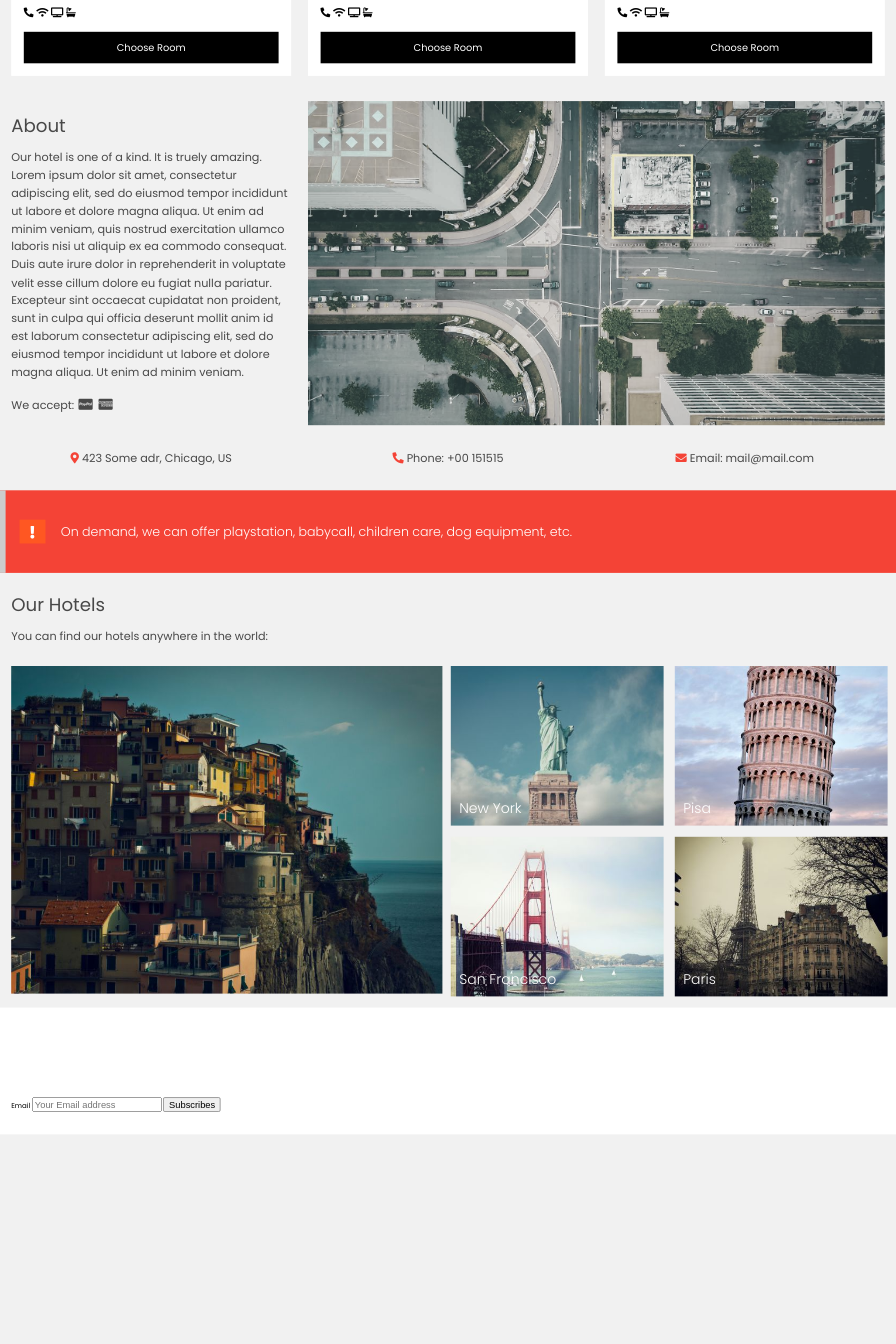
Repository: phamhuuloc/Travel_Template
Page: index.html
These files come from the project's save history. The page is drawn as it stood at one moment and after the next save; the edit follows.
The browser window is 1280 px wide. The pictures show the part of the page from y = 1409 to 3329 px (the page is 3329 px tall), at 70% of full size.
The style sheet was rebuilt from its Sass, Less or Tailwind sources for each picture, by a compiler version that may differ from the author's.

Above is the page before, as saved 2021-09-18 15:57:26.

### index.html
<!DOCTYPE html>
<html lang="en">
  <head>
    <meta charset="UTF-8" />
    <meta http-equiv="X-UA-Compatible" content="IE=edge" />
    <meta name="viewport" content="width=device-width, initial-scale=1.0" />
    <title>Document</title>
    <!-- FONT AWESOME -->
    <link
      rel="stylesheet"
      href="https://cdnjs.cloudflare.com/ajax/libs/font-awesome/5.15.4/css/all.min.css"
      integrity="sha512-1ycn6IcaQQ40/MKBW2W4Rhis/DbILU74C1vSrLJxCq57o941Ym01SwNsOMqvEBFlcgUa6xLiPY/NS5R+E6ztJQ=="
      crossorigin="anonymous"
      referrerpolicy="no-referrer"
    />
    <!-- GOOGLE FONT -->
    <link
      href="https://fonts.googleapis.com/css2?family=Poppins:wght@50;300;400&display=swap"
      rel="stylesheet"
    />
    <!-- CSS -->
    <link rel="stylesheet" href="./assets/resets.css" />
    <link rel="stylesheet" href="./assets/grid.css" />
    <link rel="stylesheet" href="./assets/main.css" />
  </head>
  <body>
    <div class="grids">
      <header class="header">
        <div class="logo">
          <i class="fas fa-bed logo__icon"></i>
          Logo
        </div>
        <div class="header__menu">
          <ul class="header__menu-list">
            <li class="header__menu-item">Rooms</li>
            <li class="header__menu-item">About</li>
            <li class="header__menu-item">Contact</li>
          </ul>
          <button class="btn book-btn">Book Nows</button>
        </div>
      </header>
      <section class="intro">
        <img src="./assets/img/hotel.jpg" alt="" class="intro__img" />
        <form class="form-login">
          <div class="form-login__heading">
            <i class="fas fa-bed logo__icon intro-icon"></i>
            <h2 class="form-login__name">Hotel name</h2>
          </div>
          <div class="form-container">
            <div class="row">
              <div class="form__item col l-6">
                <label class="form__item-category">
                  <i class="far fa-calendar form__item-icon"></i>
                  Check Ins
                </label>
                <input
                  type="text"
                  class="form__item-input"
                  placeholder="DD MM YY"
                />
              </div>
              <div class="form__item col l-6">
                <label class="form__item-category">
                  <i class="far fa-calendar form__item-icon"></i>
                  Check Out
                </label>
                <input
                  type="text"
                  class="form__item-input"
                  placeholder="DD MM YY"
                />
              </div>
            </div>
            <div class="row">
              <div class="form__item col l-6">
                <label class="form__item-category">
                  <i class="fas fa-male form__item-icon"></i>
                  Adults
                </label>
                <input
                  type="number"
                  value="1"
                  min="1"
                  max="6"
                  class="form__item-input"
                />
              </div>
              <div class="form__item col l-6">
                <label class="form__item-category">
                  <i class="fas fa-child form__item-icon"></i>
                  Kids
                </label>
                <input
                  type="number"
                  value="0"
                  min="0"
                  max="6"
                  class="form__item-input"
                />
              </div>
            </div>
            <button class="search-btn">
              <i class="fas fa-search search-icon"></i>Search availability
            </button>
          </div>
        </form>
      </section>

      <section class="option-room">
        <div class="option-container">
          <h3 class="option-container__title">Rooms</h3>
          <span class="option-container__desc"
            >Make yourself at home is our slogan. We offer the best beds in the
            industry. Sleep well and rest well.</span
          >
          <!-- FORM LOGIN  -->
          <div class="form-container option-container__form">
            <div class="row">
              <div class="form__item col l-3">
                <label class="form__item-category">
                  <i class="far fa-calendar form__item-icon"></i>
                  Check Ins
                </label>
                <input
                  type="text"
                  class="form__item-input"
                  placeholder="DD MM YY"
                />
              </div>
              <div class="form__item col l-3">
                <label class="form__item-category">
                  <i class="far fa-calendar form__item-icon"></i>
                  Check Out
                </label>
                <input
                  type="text"
                  class="form__item-input"
                  placeholder="DD MM YY"
                />
              </div>
              <div class="form__item col l-2">
                <label class="form__item-category">
                  <i class="fas fa-male form__item-icon"></i>
                  Adults
                </label>
                <input
                  type="number"
                  value="1"
                  min="1"
                  max="6"
                  class="form__item-input"
                />
              </div>
              <div class="form__item col l-2">
                <label class="form__item-category">
                  <i class="fas fa-child form__item-icon"></i>
                  Kids
                </label>
                <input
                  type="number"
                  value="0"
                  min="0"
                  max="6"
                  class="form__item-input"
                />
              </div>
              <!-- BUTTON F0RM LOGIN -->
              <div class="form__item col l-2">
                <label class="form__item-category">
                  <i class="fas fa-search"></i> Search</label
                >
                <button class="search-btn search-btn--full">Search</button>
              </div>
            </div>
          </div>
          <div class="category-room">
            <ul class="category-room__list row">
              <li class="category-room__item col l-4">
                <img
                  src="./assets/img/room_single.jpg"
                  alt=""
                  class="category-room__img"
                />
                <div class="category-room__details">
                  <h3 class="category-room__title">Single Room</h3>
                  <span class="category-room__price">From $99</span>
                  <span class="category-room__charac">Single bed</span>
                  <span class="category-room__area">15m<sup>2</sup></span>
                  <span class="category-room__function">
                    <i class="fas fa-phone-alt"></i>
                    <i class="fas fa-wifi"></i>
                    <i class="fas fa-tv"></i>
                    <i class="fas fa-bath"></i>
                  </span>
                  <button class="btn btn-choose">Choose Room</button>
                </div>
              </li>
              <li class="category-room__item col l-4">
                <img
                  src="./assets/img/room_double.jpg"
                  alt=""
                  class="category-room__img"
                />
                <div class="category-room__details">
                  <h3 class="category-room__title">Double Room</h3>
                  <span class="category-room__price">From $99</span>
                  <span class="category-room__charac">Single bed</span>
                  <span class="category-room__area">25m<sup>2</sup></span>
                  <span class="category-room__function">
                    <i class="fas fa-phone-alt"></i>
                    <i class="fas fa-wifi"></i>
                    <i class="fas fa-tv"></i>
                    <i class="fas fa-bath"></i>
                  </span>
                  <button class="btn btn-choose">Choose Room</button>
                </div>
              </li>
              <li class="category-room__item col l-4">
                <img
                  src="./assets/img/room_deluxe.jpg"
                  alt=""
                  class="category-room__img"
                />
                <div class="category-room__details">
                  <h3 class="category-room__title">Deluxe Room</h3>
                  <span class="category-room__price">From $99</span>
                  <span class="category-room__charac">Single bed</span>
                  <span class="category-room__area">40m<sup>2</sup></span>
                  <span class="category-room__function">
                    <i class="fas fa-phone-alt"></i>
                    <i class="fas fa-wifi"></i>
                    <i class="fas fa-tv"></i>
                    <i class="fas fa-bath"></i>
                  </span>
                  <button class="btn btn-choose">Choose Room</button>
                </div>
              </li>
            </ul>
          </div>
        </div>
      </section>
      <section class="local">
        <div class="row">
          <div class="local__container col l-4">
            <h4 class="local__title">About</h4>
            <p class="local__detail">
              Our hotel is one of a kind. It is truely amazing. Lorem ipsum
              dolor sit amet, consectetur adipiscing elit, sed do eiusmod tempor
              incididunt ut labore et dolore magna aliqua. Ut enim ad minim
              veniam, quis nostrud exercitation ullamco laboris nisi ut aliquip
              ex ea commodo consequat. Duis aute irure dolor in reprehenderit in
              voluptate velit esse cillum dolore eu fugiat nulla pariatur.
              Excepteur sint occaecat cupidatat non proident, sunt in culpa qui
              officia deserunt mollit anim id est laborum consectetur adipiscing
              elit, sed do eiusmod tempor incididunt ut labore et dolore magna
              aliqua. Ut enim ad minim veniam.
            </p>
            <p class="local__payment-methods">
              We accept:
              <i class="fab fa-cc-paypal local__payment-icon"></i>
              <i class="fab fa-cc-amex local__payment-icon"></i>
            </p>
          </div>
          <img src="./assets/img/map.jpg" alt="" class="col l-8 local__img" />
        </div>
        <div class="local__contact row">
          <div class="local__contact-item col l-4">
            <i class="fas fa-map-marker-alt local__contact-icon"></i>
            423 Some adr, Chicago, US
          </div>
          <div class="local__contact-item col l-4">
            <i class="fas fa-phone-alt local__contact-icon"></i>
            Phone: +00 151515
          </div>
          <div class="local__contact-item col l-4">
            <i class="fas fa-envelope local__contact-icon"></i>
            Email: mail@mail.com
          </div>
        </div>
      </section>
      <div class="demand">
        <i class="fas fa-exclamation demand__icon"></i>
        <p class="demand__desc">
          On demand, we can offer playstation, babycall, children care, dog
          equipment, etc.
        </p>
      </div>
      <section class="our-hotels">
        <h3 class="our-hotels__title">Our Hotels</h3>
        <p class="our-hotels__desc">
          You can find our hotels anywhere in the world:
        </p>
        <div class="row sm-gutter">
          <div class="col l-6">
            <img
              src="./assets/img/cinqueterre.jpg"
              alt=""
              class="our-hotel__img"
            />
          </div>
          <div class="col l-6">
            <div class="our-hotel__extend">
              <div class="row our-hotels__extend-item">
                <div class="our-hotels__container col l-6">
                  <img src="./assets/img/newyork2.jpg" alt="" class="" />
                  <span class="our-hotels__container-name">New York</span>
                </div>
                <div class="our-hotels__container col l-6">
                  <img src="./assets/img/pisa.jpg" alt="" class="" />
                  <span class="our-hotels__container-name">Pisa</span>
                </div>
              </div>
              <div class="row our-hotels__extend-item">
                <div class="our-hotels__container col l-6">
                  <img src="./assets/img/sanfran.jpg" alt="" class="" />
                  <span class="our-hotels__container-name">San Francisco</span>
                </div>
                <div class="our-hotels__container col l-6">
                  <img src="./assets/img/paris.jpg" alt="" class="" />
                  <span class="our-hotels__container-name">Paris</span>
                </div>
              </div>
            </div>
          </div>
        </div>
      </section>
      <section class="offers">
        <h3 class="offers__title">Get the best offers first!</h3>
        <p class="offers__desc">Join our newsletter.</p>
        <label for="" class="offers__email">Email</label>
        <input
          type="text"
          class="offers__input"
          placeholder="Your Email address"
        />
        <button>Subscribes</button>
      </section>
    </div>
  </body>
</html>

### assets/main.scss
$primary-color: #f44336;
$secondary-color: #0000;
$text-color: #484848;
$hover-color: #ccc;

@mixin flex($align: center, $justify: space-between) {
  display: flex;
  align-items: $align;
  justify-content: $justify;
}
* {
  box-sizing: border-box;
}
html {
  font-size: 62.5%;
}
body {
  background-color: #f1f1f1;
  font-family: "Poppins", sans-serif;
  margin-bottom: 30rem;
}
ul {
  list-style: none;
}
img {
  display: block;
  width: 100%;
}
a {
  text-decoration: none;
}
sup {
  font-size: 75%;
  position: relative;
  line-height: 0;
  top: -0.5em;
  vertical-align: baseline;
}
.btn {
  font-family: "Poppins", sans-serif;
  @include flex(center, center);
  height: inherit;
  outline: none;
  cursor: pointer;
  border: 0;
}
.btn:hover {
  background-color: $hover-color;
  color: #000;
}

//HEADER
.header {
  display: flex;
  align-items: center;
  height: 4.4rem;
  background-color: white;
  font-size: 2rem;

  .logo {
    background-color: $primary-color;
    height: 100%;
    cursor: pointer;
    color: white;
    @include flex();
    padding: 1.4rem 1.8rem;

    &__icon {
      margin-right: 2rem;
    }
  }
  .logo:hover {
    background-color: $hover-color;
    color: $text-color;
  }
  &__menu {
    display: flex;
    @include flex();
    height: 100%;
    width: 100%;
    &-list {
      @include flex();
      height: 100%;
    }
    &-item {
      @include flex();
      padding: 0 2rem;
      height: 100%;
      cursor: pointer;
      color: $text-color;
      &:hover {
        background-color: #ccc;
      }
    }
  }
  .book-btn {
    background-color: #f1f1f1;
    padding: 1.4rem 1.6rem;
    color: $text-color;
    font-size: 2rem;
  }
  .book-btn:hover {
    background-color: #ccc;
    cursor: pointer;
  }
}
// SECTION INTRO
.intro {
  position: relative;
  margin-bottom: 3.8rem;
  &-icon {
    padding: 0 1.8rem;
  }
  .form-login {
    width: 64.4rem;
    position: absolute;
    top: 50%;
    left: 2rem;
    background-color: #fff;
    transform: translateY(-50%);

    &__heading {
      display: flex;
      align-items: center;

      width: 100%;
      height: 6.4rem;
      background-color: $primary-color;
      color: white;
      font-size: 3rem;
    }
  }
}
.form-container {
  padding: 1.6rem;
  .search-btn {
    font-family: "Poppins", sans-serif;
    padding: 1rem 1.6rem;
    margin-top: 8px;
    border: 0;

    outline: none;
    cursor: pointer;

    background-color: #616161;
    font-size: 1.5rem;
    color: white;
  }
  .search-btn--full {
    width: 100%;
    margin: 0;
    background-color: #000;
    color: white;
    padding: 6px 0;
  }
  .search-btn:hover {
    background-color: #ccc;
    color: $text-color;
  }
  .search-icon {
    padding-right: 2rem;
  }
}
.form__item {
  display: flex;
  flex-direction: column;
  margin-bottom: 1.6rem;
  &-category {
    font-size: 1.6rem;
    margin-bottom: 4px;
    color: $text-color;
  }
  &-input {
    padding: 1rem;
    border: 1px solid #dedede;
  }
}
.option-container {
  padding: 1.6rem;
  margin-bottom: 2rem;
  &__title {
    font-size: 2.2rem;
    margin-bottom: 3rem;
    color: $text-color;
  }
  &__desc {
    display: block;
    font-size: 1.6rem;
    margin-bottom: 2rem;
    color: $text-color;
  }
  &__form {
    padding: 1.6rem 0;
  }
}
.category-room {
  &__details {
    padding: 1.8rem;
    display: flex;
    flex-direction: column;
    background-color: white;
  }
  &__title {
    font-size: 2.6rem;
    margin-bottom: 2rem;
    color: #484848;
  }
  &__price {
    font-size: 1.6rem;
    color: #999;
    margin-bottom: 2rem;
  }
  &__charac {
    font-size: 1.4rem;
    margin-bottom: 2rem;
  }
  &__area {
    font-size: 1.6rem;
    margin-bottom: 2.8rem;
  }
  &__function {
    font-size: 1.4rem;
    margin-bottom: 2rem;
  }
  .btn-choose {
    padding: 1.2rem 0;
    background-color: #000;
    color: white;
    font-size: 1.4rem;
  }
  .btn-choose:hover {
    background-color: $hover-color;
    color: $text-color;
  }
}
.local {
  padding: 0 1.6rem;
  &__title {
    font-size: 2.6rem;
    margin-top: 2.2rem;
    margin-bottom: 2rem;
    color: $text-color;
  }
  &__detail {
    font-size: 1.6rem;
    line-height: 1.6;
    margin-bottom: 2.4rem;
    color: $text-color;
  }
  &__payment-methods {
    font-size: 1.6rem;
    color: $text-color;
  }
  &__payment-icon {
    font-size: 1.8rem;
    margin: 0 2px;
  }
  &__img {
    filter: grayscale(75%);
  }
  &__contact {
    padding: 3.8rem 0;
    &-icon {
      color: $primary-color;
      font-size: 1.6rem;
    }
    &-item {
      text-align: center;
      font-size: 1.6rem;
      color: $text-color;
    }
  }
}
.demand {
  padding: 4.2rem 0 4.2rem 2rem;
  background-color: $primary-color;
  border-left: 8px solid #ccc;
  @include flex(center, none);
  margin-bottom: 3.2rem;
  &__icon {
    color: white;
    font-size: 1.8rem;
    padding: 8px 15px;
    background-color: #ff5722;
    margin-right: 2.2rem;
  }
  &__desc {
    font-size: 1.8rem;
    color: white;
    font-weight: 350;
  }
}
.our-hotels {
  padding: 0 1.6rem;
  &__title {
    font-size: 2.6rem;
    color: $text-color;
    margin-bottom: 2.5rem;
  }
  &__desc {
    display: block;
    margin-bottom: 3.4rem;
    color: $text-color;
    font-size: 1.6rem;
  }
  &__extend {
    &-item {
      margin-bottom: 16px;
    }
  }
  &__container {
    position: relative;
    &-name {
      position: absolute;
      left: 0;
      bottom: 0;

      padding: 1.5rem 2rem;
      font-size: 2rem;
      font-weight: 350;
      color: white;
    }
  }
}
.offers {
  background-color: white;
  padding: 3.2rem 1.6rem;
  &__title {
    color: white;
    font-size: 3rem;
    font-weight: 350;
    margin-bottom: 3rem;
  }
  &__desc {
    color: white;
    font-size: 1.4rem;
    margin-bottom: 2.2rem;
  }
}

Loaded but not shown: assets/resets.css (common file); assets/grid.css (430 lines, source omitted)

After the next save:
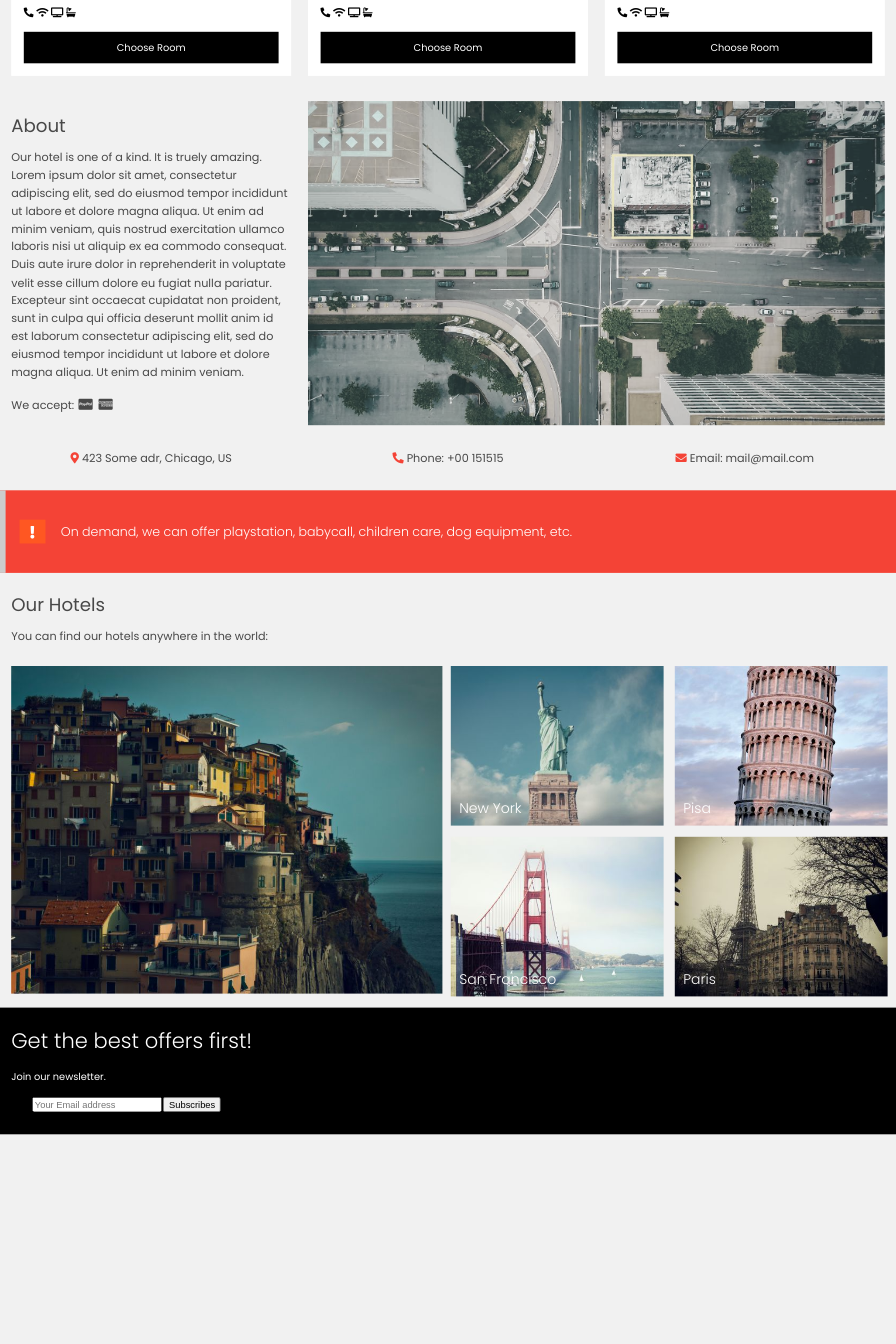
Saved 9 s later.
--- a/assets/main.scss
+++ b/assets/main.scss
@@ -323,7 +323,7 @@ sup {
   }
 }
 .offers {
-  background-color: white;
+  background-color: #000;
   padding: 3.2rem 1.6rem;
   &__title {
     color: white;
